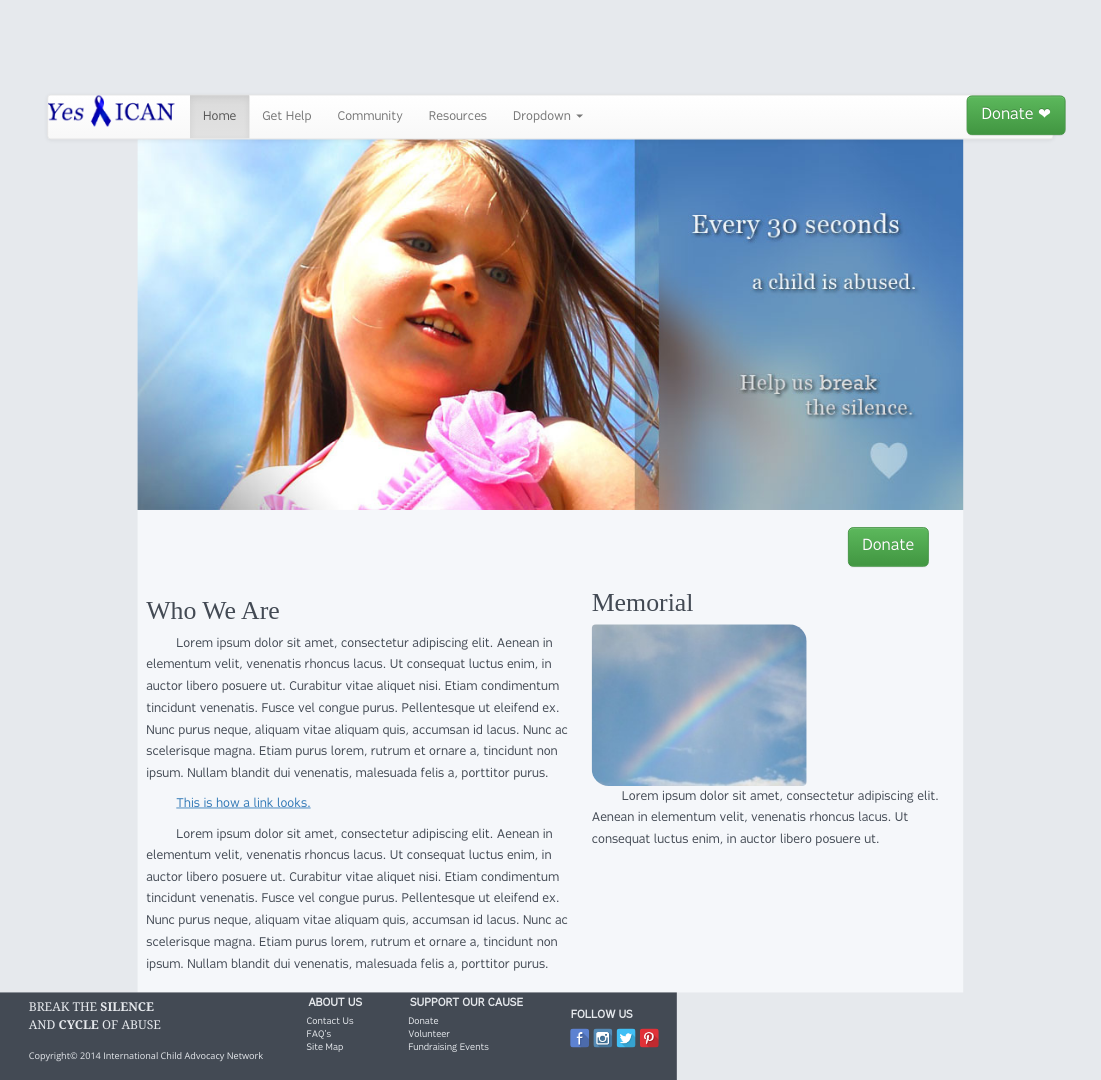
Repository: Rob21789/Yes-I-Can
Page: index.html
The author's editor kept a record of every edit. The page is drawn from the files as they stood at one moment, then again after the next edit.
The browser window is 1280 px wide. The pictures show the whole page, at 86% of full size.
Some web fonts or font styles are not loaded; a fallback is used. Some web libraries are served in a nearby version.

Above is the page before.
Not found: assets/js/ie-emulation-modes-warning.js
Not found: assets/js/ie10-viewport-bug-workaround.js

After the next edit:
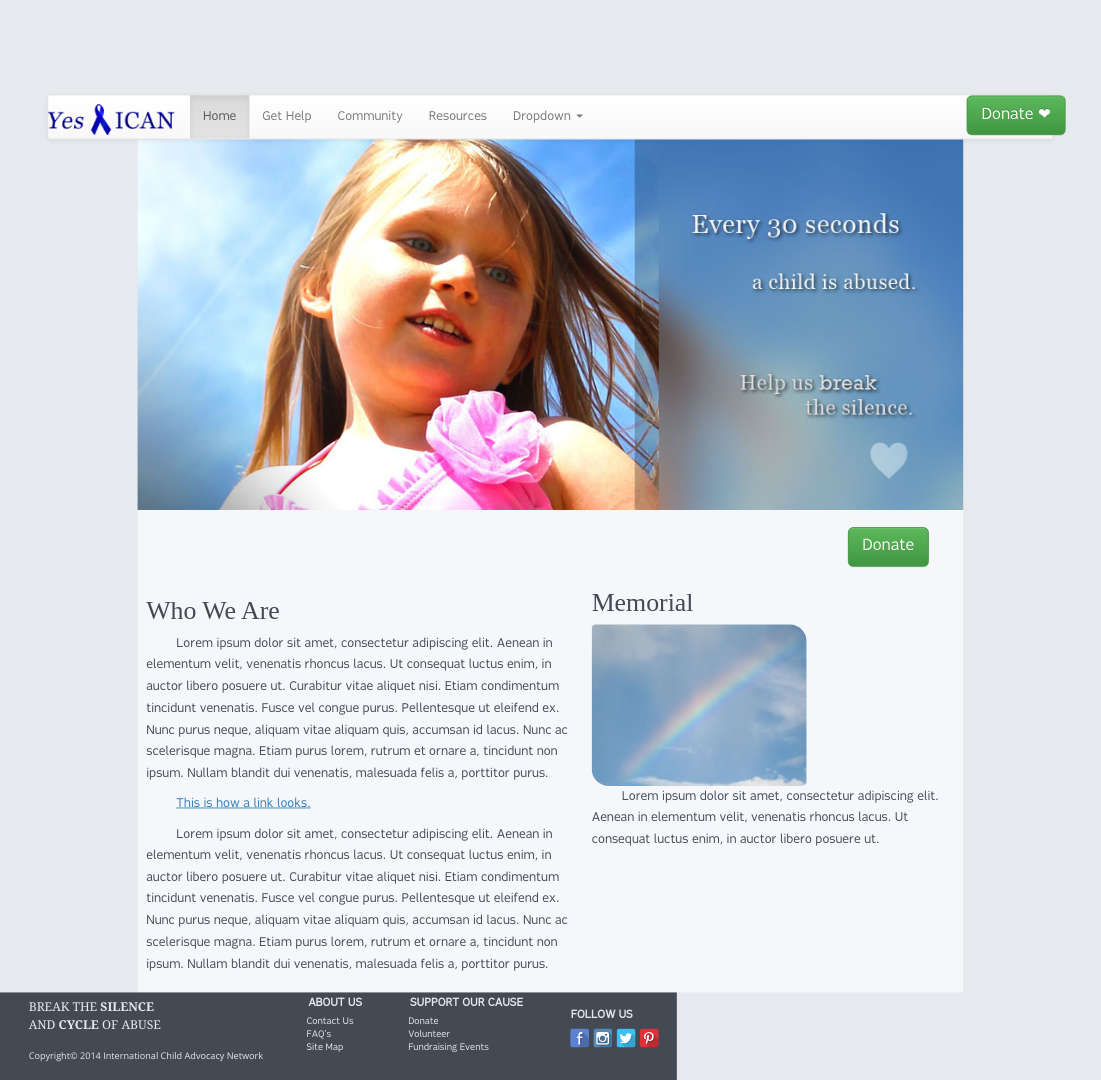
The edit:
--- a/css/main.css
+++ b/css/main.css
@@ -69,10 +69,6 @@
     max-width:100%;
     padding: 10px 0px 10px 30px;
 }*/
-
-#navlogo {
-    margin-top:-10px;
-}
 
 .navbar-brand {
     margin-top:-5px;
